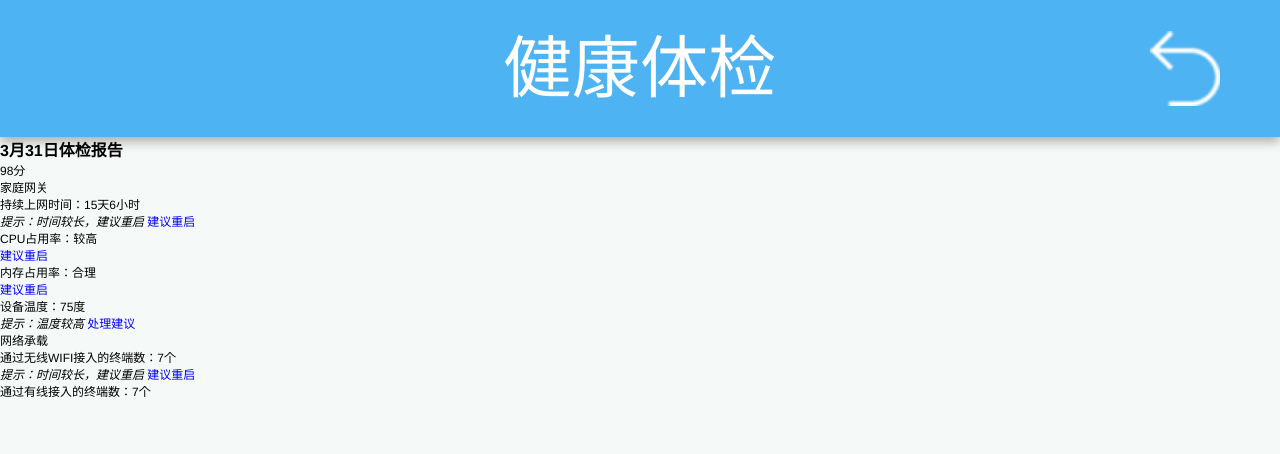
Repository: wangbiaozy/8.24
Page: index_health.html
The author's editor kept a copy of each file at every save. The page is drawn from the files as they stood at one save, then again after the next save.
The browser window is 1280 px wide. The pictures show the whole page.

Above is the page before, as saved 2018-08-23 20:27:22.

### index_health.html
<!DOCTYPE html>
<html lang="en">
<head>
    <meta charset="UTF-8">
    <meta name="viewport"
          content="width=device-width, user-scalable=no, initial-scale=1.0, maximum-scale=1.0, minimum-scale=1.0">
    <title>Title</title>
    <link rel="stylesheet" href="css/reset.min.css">
    <link rel="stylesheet/less" href="css/styles_test.less">
    <script src="js/less-1.7.0.min.js"></script>
</head>
<body>
    <header>
        <p>健康体检</p>
        <a class="back" href="javascript:void(0)"></a>
    </header>
    <main>
        <div class="head">
            <h2>
                <a href=""></a>
                <p><span>3月31日</span>体检报告</p>
                <a href=""></a>
            </h2>
            <p><span>98</span>分</p>
        </div>
        <div class="title">
            <span></span>
            <p>家庭网关</p>
        </div>
        <ul>
            <li>
                <p>持续上网时间：<span>15天6小时</span></p>
                <i>提示：时间较长，建议重启</i>
                <a href="javascript:void(0)">建议重启</a>
            </li>
            <li>
                <p>CPU占用率：<span>较高</span></p>
                <a href="javascript:void(0)">建议重启</a>
            </li>
            <li>
                <p>内存占用率：<span>合理</span></p>
                <a href="javascript:void(0)">建议重启</a>
            </li>
            <li>
                <p>设备温度：<span>75度</span></p>
                <i>提示：温度较高</i>
                <a href="javascript:void(0)">处理建议</a>
            </li>
        </ul>
        <div class="title">
            <span></span>
            <p>网络承载</p>
        </div>
        <ul>
            <li>
                <p>通过无线WIFI接入的终端数：<span>7个</span></p>
                <i>提示：时间较长，建议重启</i>
                <a href="javascript:void(0)">建议重启</a>
            </li>
            <li>
                <p>通过有线接入的终端数：<span>7个</span></p>
            </li>
        </ul>
    </main>
</body>
</html>
<script src="js/jquery-1.10.1.min.js"></script>
<script src="js/index.js"></script>

### css/reset.min.css
@charset "utf-8";
/*默认样式清除和初始化*/
body,h1,h2,h3,h4,h5,h6,hr,p,blockquote,dl,dt,dd,ul,ol,li,button,input,textarea,th,td{margin:0;padding:0}body{font-size:12px;font-style:normal;font-family:"\5FAE\8F6F\96C5\9ED1",Helvetica,sans-serif}small{font-size:12px}h1{font-size:18px}h2{font-size:16px}h3{font-size:14px}h4,h5,h6{font-size:100%}ul,ol{list-style:none}a{text-decoration:none;background-color:transparent}a:hover,a:active{outline-width:0;text-decoration:none}table{border-collapse:collapse;border-spacing:0}hr{border:0;height:1px}img{border-style:none}img:not([src]){display:none}svg:not(:root){overflow:hidden}html{-webkit-touch-callout:none;-webkit-text-size-adjust:100%}input,textarea,button,a{-webkit-tap-highlight-color:rgba(0,0,0,0)}article,aside,details,figcaption,figure,footer,header,main,menu,nav,section,summary{display:block}audio,canvas,progress,video{display:inline-block}audio:not([controls]),video:not([controls]){display:none;height:0}progress{vertical-align:baseline}mark{background-color:#ff0;color:#000}sub,sup{position:relative;font-size:75%;line-height:0;vertical-align:baseline}sub{bottom:-0.25em}sup{top:-0.5em}button,input,select,textarea{font-size:100%;outline:0}button,input{overflow:visible}button,select{text-transform:none}textarea{overflow:auto}button,html [type="button"],[type="reset"],[type="submit"]{-webkit-appearance:button}button::-moz-focus-inner,[type="button"]::-moz-focus-inner,[type="reset"]::-moz-focus-inner,[type="submit"]::-moz-focus-inner{border-style:none;padding:0}button:-moz-focusring,[type="button"]:-moz-focusring,[type="reset"]:-moz-focusring,[type="submit"]:-moz-focusring{outline:1px dotted ButtonText}[type="checkbox"],[type="radio"]{box-sizing:border-box;padding:0}[type="number"]::-webkit-inner-spin-button,[type="number"]::-webkit-outer-spin-button{height:auto}[type="search"]{-webkit-appearance:textfield;outline-offset:-2px}[type="search"]::-webkit-search-cancel-button,[type="search"]::-webkit-search-decoration{-webkit-appearance:none}::-webkit-input-placeholder{color:inherit;opacity:.54}::-webkit-file-upload-button{-webkit-appearance:button;font:inherit}.clear:after{display:block;height:0;content:"";clear:both}
*{ -webkit-tap-highlight-color: rgba(0,0,0,0);-webkit-tap-highlight-color: transparent; /* For some Androids */ }

### js/index.js
(function (doc, win) {
    var docEl = doc.documentElement,
        resizeEvt = 'orientationchange' in window ? 'orientationchange' : 'resize',
        recalc = function () {
            var clientWidth = docEl.clientWidth;
            if (!clientWidth) return;
            docEl.style.fontSize = 100 * (clientWidth / 750) + 'px';
        };
    if (!doc.addEventListener) return;
    win.addEventListener(resizeEvt, recalc, false);
    doc.addEventListener('DOMContentLoaded', recalc, false);
})(document, window);
$(function () {

    //首页一键体检
    $('#beforeBtn').on('click',function(){
        $('.before').hide();
        $('.check').show();
        $('.progress').circleProgress({
            value: 1,
            size: 115,
            startAngle: Math.PI/2,
            thickness: 14,
            animation: {duration:12000},//进度条完成时间（ms）
            fill: {
                gradient: ["#32edfd"]
            },
            //circle-animation-start：	function(event)-event - jQ事件
            //circle-animation-progress：	function(event, animationProgress, stepValue)：-event - jQ事件 animationProgress - 从0.0到1.0stepValue - 当前的步长值，从0.0到value
            //circle-animation-end:	function(event)：-event - jQ事件
        }).on('circle-animation-progress', function (event, progress, stepValue) {
                $(this).find('span').html(parseInt(stepValue.toFixed(2) * 100));
        }).on('circle-animation-end',function(){
            $('.message').removeClass('move');
            stop();
            $('.check').hide();
            $('.result').show();
        });
        start();
        messageMove();
    });

    //远程测速
    (function () {
        try {
            $('.progress_1').circleProgress({
                value: 1,
                size: 150,
                startAngle: Math.PI / 2,
                thickness: 14,
                animation: { duration: 24000 },//进度条完成时间（ms）
                fill: {
                    gradient: ["#32edfd"]
                },
            }).on('circle-animation-progress', function (event, progress, stepValue) {
                $(this).find('span').html(parseInt(stepValue.toFixed(2) * 100));
            }).on('circle-animation-end', function () {
                stop();
                $('.result_1').show();
                /* if(success){
                    $('.result_1').show();
                }else{
                    $('.result_2').show();
                } */
            });
            start();
        } catch{ }
    })();

    //优化按钮显示优化弹窗
    $('#showOptimizeTcBtn').on('click',function(){
        $('.tc_optimize').show();
    });


    //检查项滚动
    var messageInnerText = '1111';
    function messageScroll(){
        $('.message').children('li:first-child').remove();
        $('.message').append('<li>'+messageInnerText+'</li>');
        if(!$('.message').hasClass('move')){
            window.clearInterval(timer);
        }
    }
    function messageMove(){
        timer = window.setInterval(messageScroll,500);
    }


    //检测时间
    var hour,minute,second;
    hour=minute=second=0;
    var millisecond=0;
    var int;
    function start(){
        int=setInterval(times,50);
    }
    function times(){
        millisecond=millisecond+50;
        if(millisecond>=1000){
            millisecond=0;
            second=second+1;
        }
        if(second>=60){
            second=0;
            minute=minute+1;
        }

        if(minute>=60){
            minute=0;
            hour=hour+1;
        }
      $('#timeText').text((hour<10?"0"+hour:hour)+':'+(minute<10?"0"+minute:minute)+':'+(second<10?"0"+second:second));
    }
    function stop(){
        window.clearInterval(int);
    }


    //查看详细清单下拉
    $('.arrow').on('click',function(){
        var $this = $(this),
            $listBox = $(this).siblings('div');
        $listBox.slideToggle("normal",function(){
            if($listBox.css('display') === 'block'){
                $this.addClass('act');
                $this.siblings('p').css('opacity','0');
            }else{
                $this.removeClass('act');
                $this.siblings('p').css('opacity','1');
            }
        });
    });



    //网关重启 WIFI开关 LED指示灯开关 查看黑名单
    $('#controlBox').on('click','a',function(){
        var $this = $(this);
        if($this.hasClass('off')){
            $this.removeClass('off');
        }else{
            $this.addClass('off');
        }
    });

    $('#look_blacklist').on('click',function(){
        $('.blacklistModel').show();
    });

    //返回
    $('.back').on('click',function(){
        window.history.go(-1);
    });
    //关闭弹窗
    $('.close').on('click',function(){
        $(this).parent().hide();
        hideMask();
    });
    //显示遮罩层
    function showMask(){
        $("#mask").css("height",$(document).height());
        $("#mask").css("width",$(document).width());
        $("#mask").show();
        $('body').css('position','fixed');
    }
    //隐藏遮罩层
    function hideMask(){
        $("#mask").hide();
        $('body').css('position','unset');
    }
});

Loaded but not shown: js/less-1.7.0.min.js (library); js/jquery-1.10.1.min.js (library)

After the next save:
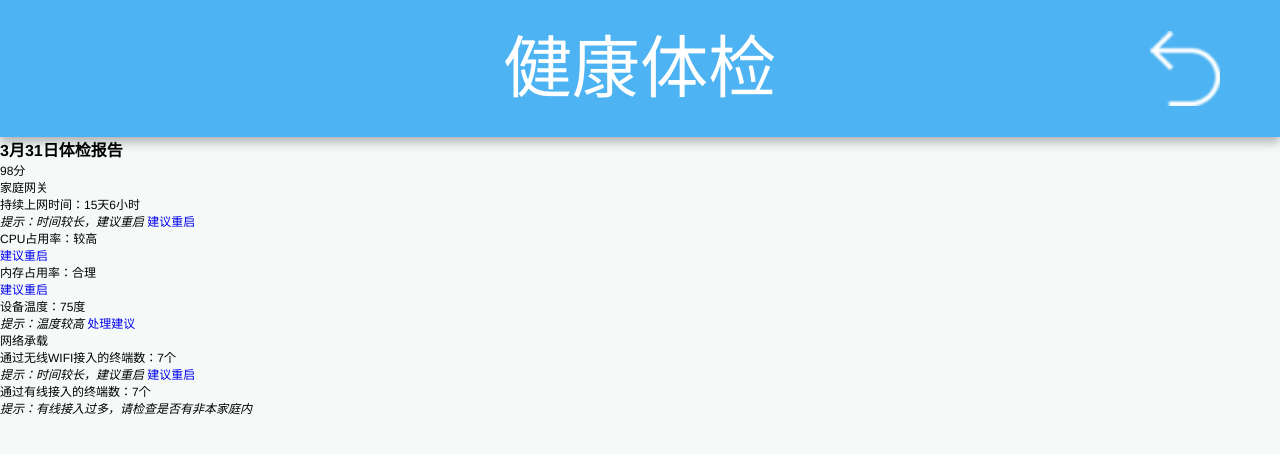
Saved 37 s later.
--- a/index_health.html
+++ b/index_health.html
@@ -59,6 +59,7 @@
             </li>
             <li>
                 <p>通过有线接入的终端数：<span>7个</span></p>
+                <i>提示：有线接入过多，请检查是否有非本家庭内</i>
             </li>
         </ul>
     </main>
